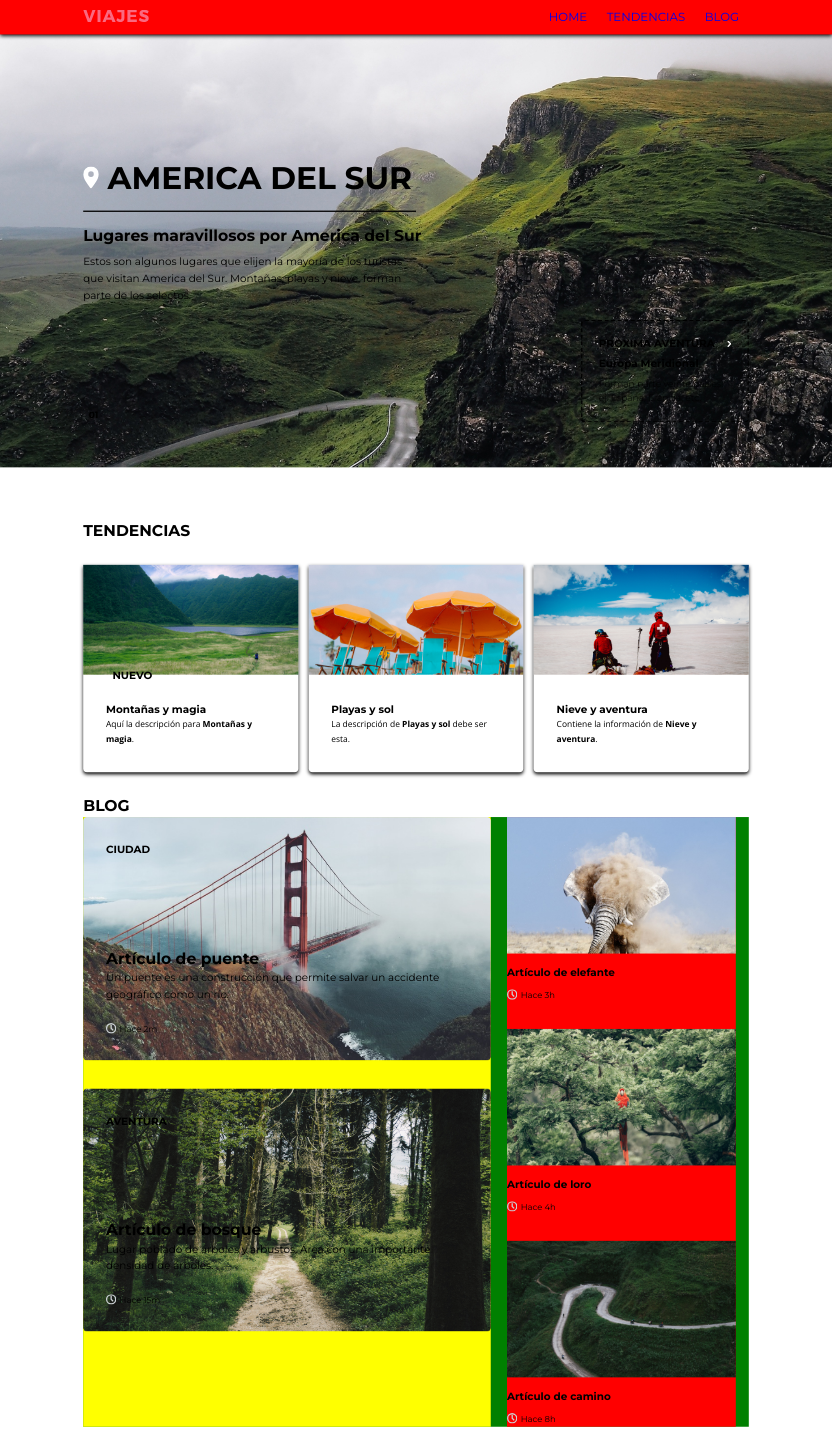
Repository: agustin-mesa/viajes
Page: /
The author's editor kept a copy of each file at every save. The page is drawn from the files as they stood at one save, then again after a run of saves.
The browser window is 1280 px wide. The pictures show the whole page, at 65% of full size.
The project was rebuilt for these pictures with package versions that can differ from the ones it lists, and the page was loaded fresh each time. Also part of the build but not shown: src/components/styles/colors.module.scss.

Above is the page before, as saved 2021-11-12 13:04:45.

After the next 2 saves:
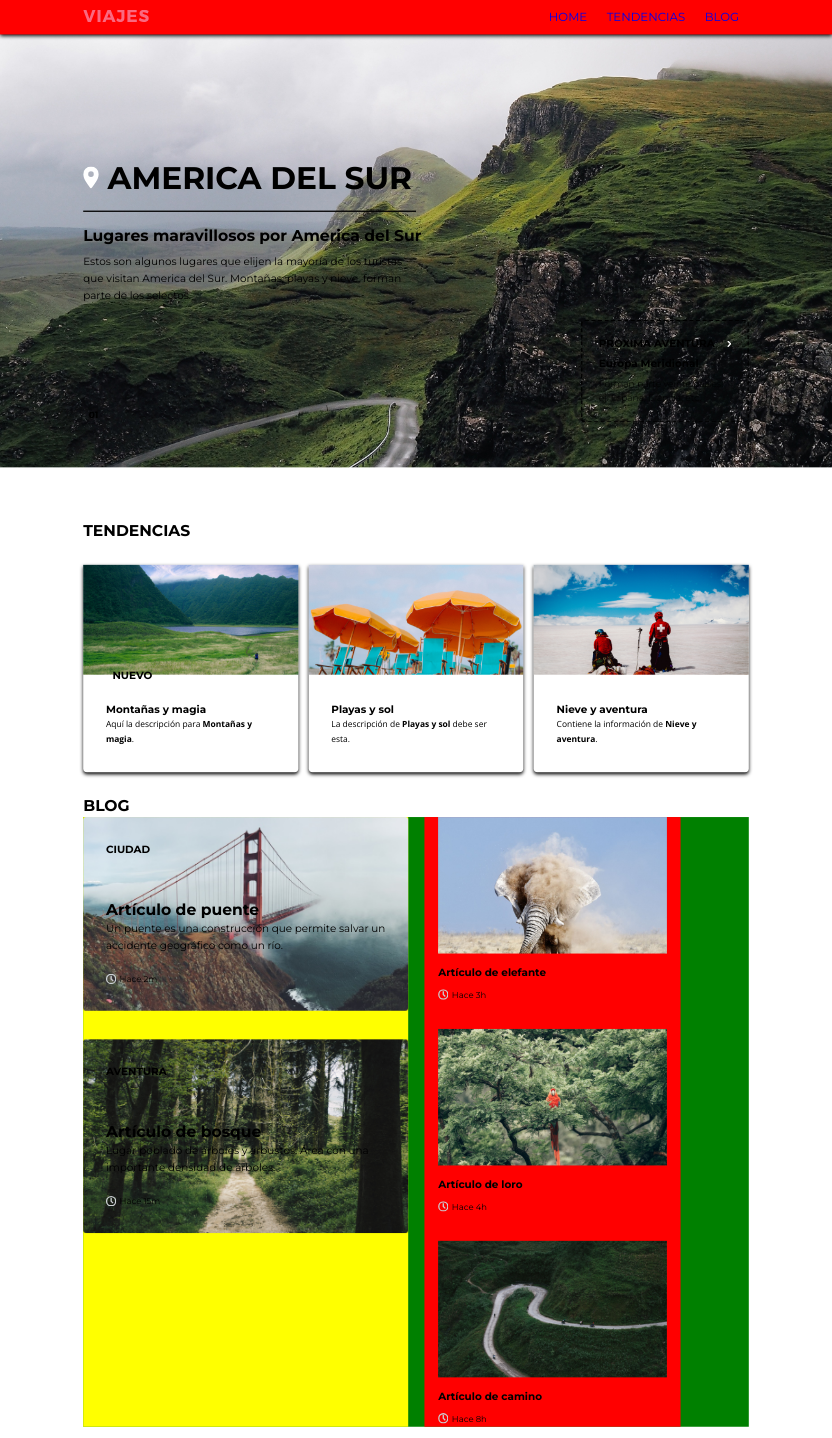
The 2 saves are shown as one change because they came seconds apart.
The last was saved 30 s later.
--- a/src/pages/Blog.js
+++ b/src/pages/Blog.js
@@ -119,7 +119,7 @@ const ContainerBlog = styled.section`
     width: 100%;
     background: green;
 
-    grid-template: ".blog__article .blog__aside" auto / auto;
+    grid-template: ".blog__article .blog__aside" auto / 500px;
   }
   .blog__header {
     width: 100%;
